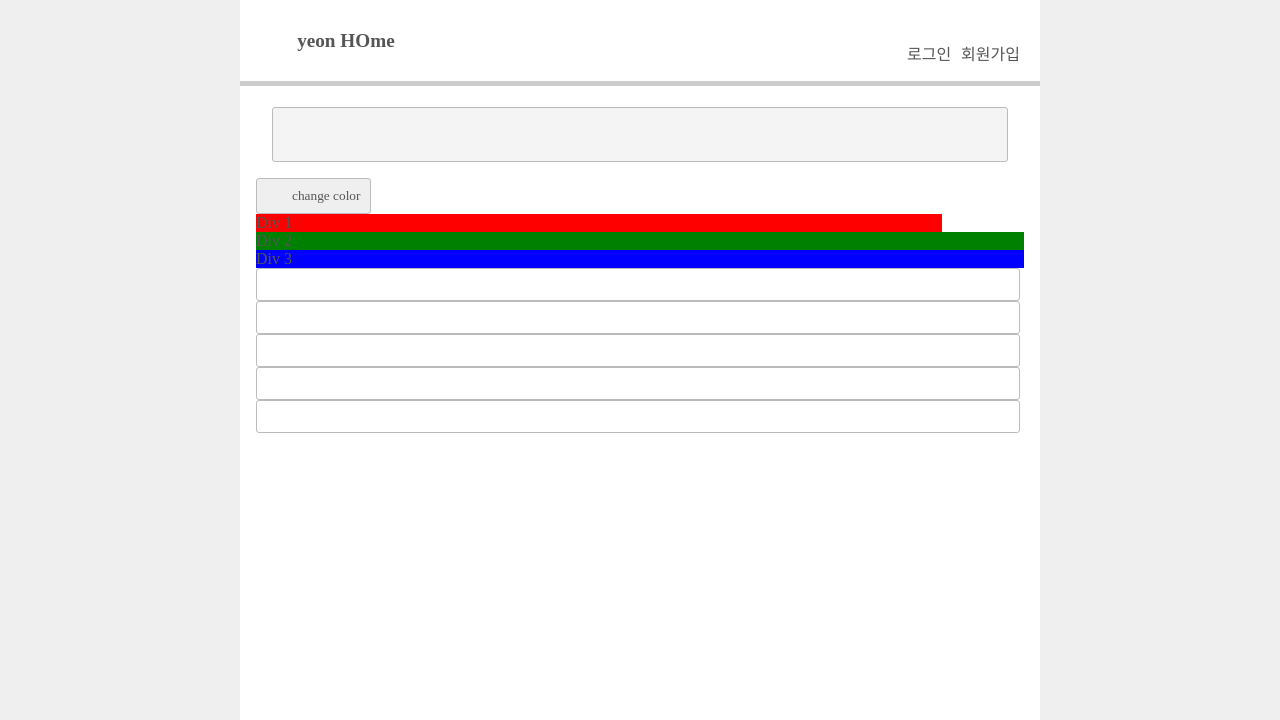
Repository: yeonhwa323/webPro
Page: webPro/src/main/webapp/jquery/days09/ex03_08.html
An editor plug-in stored every save of this project. The page is shown before and after the next save, followed by the edit.
The browser window is 1280 px wide. The pictures show the whole page.
Some web fonts or font styles are not loaded; a fallback is used.

Above is the page before, as saved 2024-04-17 02:45:20.

After the next save:
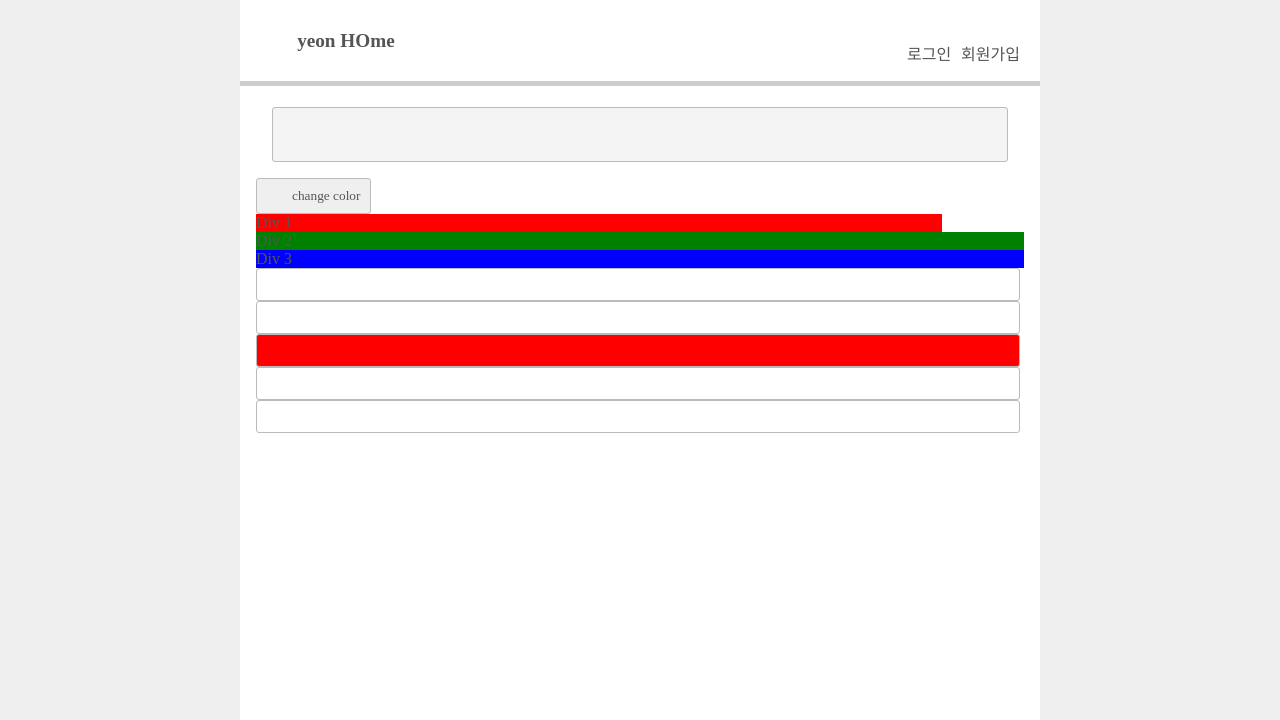
Console error: ReferenceError: s is not defined
Saved 54 s later.
--- a/webPro/src/main/webapp/jquery/days09/ex03_08.html
+++ b/webPro/src/main/webapp/jquery/days09/ex03_08.html
@@ -42,6 +42,10 @@
  <script>
    //$("input[type=text]")
    $(":text").addClass("full");
+   $(":text:eq(2)").focus();
+
+   $(":focus").css("background-color", "red");s
+
  </script>
  <script>
    $("#content div:first-of-type").css("background-color", "red");
